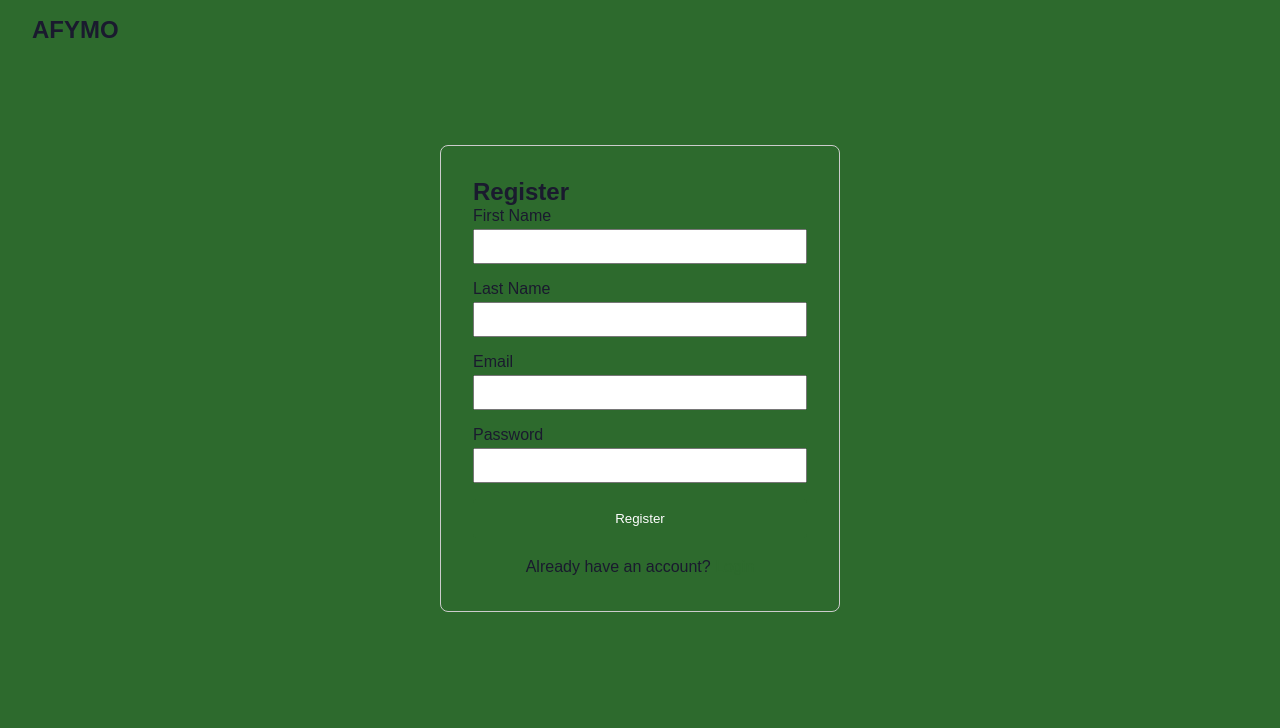
Repository: Bogo02/PhysioApp
Page: /register (app in physioapp-frontend/)
The author's editor kept a copy of each file at every save. The page is drawn from the files as they stood at one save, then again after the next save.
The browser window is 1280 px wide. The pictures show the whole page.
The project was rebuilt for these pictures with package versions that can differ from the ones it lists, and the page was loaded fresh each time. Also part of the build but not shown: physioapp-frontend/vite.config.js, physioapp-frontend/src/pages/Home.jsx, physioapp-frontend/src/pages/Login.jsx, physioapp-frontend/src/pages/Dashboard.jsx, physioapp-frontend/src/pages/Appointments.jsx, physioapp-frontend/src/pages/BookAppointment.jsx, physioapp-frontend/src/pages/Profile.jsx, physioapp-frontend/src/pages/Services.jsx and 2 more.

Above is the page before, as saved 2026-06-08 16:40:10.

After the next save:
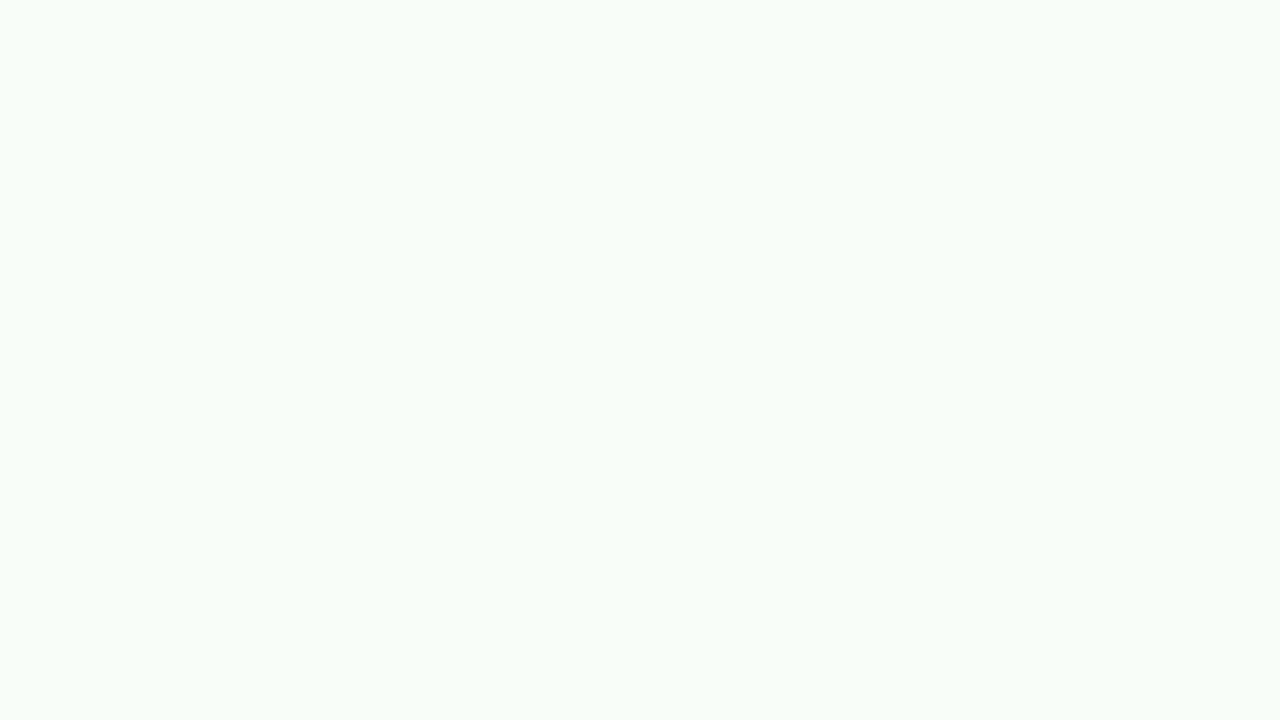
Console error: TypeError: Cannot read properties of undefined (reading 'state')
Saved 87 s later.
--- a/physioapp-frontend/src/pages/Register.jsx
+++ b/physioapp-frontend/src/pages/Register.jsx
@@ -8,6 +8,7 @@
     const [email, setEmail] = useState('')
     const [password, setPassword] = useState('')
     const [error, setError] = useState('')
+    const [role, setRole]= useState('')
     const navigate = useNavigate()
 
     const handleRegister = async (e) => {
@@ -74,6 +75,9 @@
             <button type="submit" style={{width:'100%', padding: '0.75rem', background: '#2d6a2d',color:'white',border: 'none', borderRadius: '4px',cursor: 'pointer'}}>
                 Register
             </button>
+
+<select option="{num}"  value={this.state.selected} onChange={this.num} />
+
             </form>
             <p style={{marginTop: '1rem',textAlign:'center'}}>
             Already have an account? <a href="/login">Login</a>

After the save that followed:
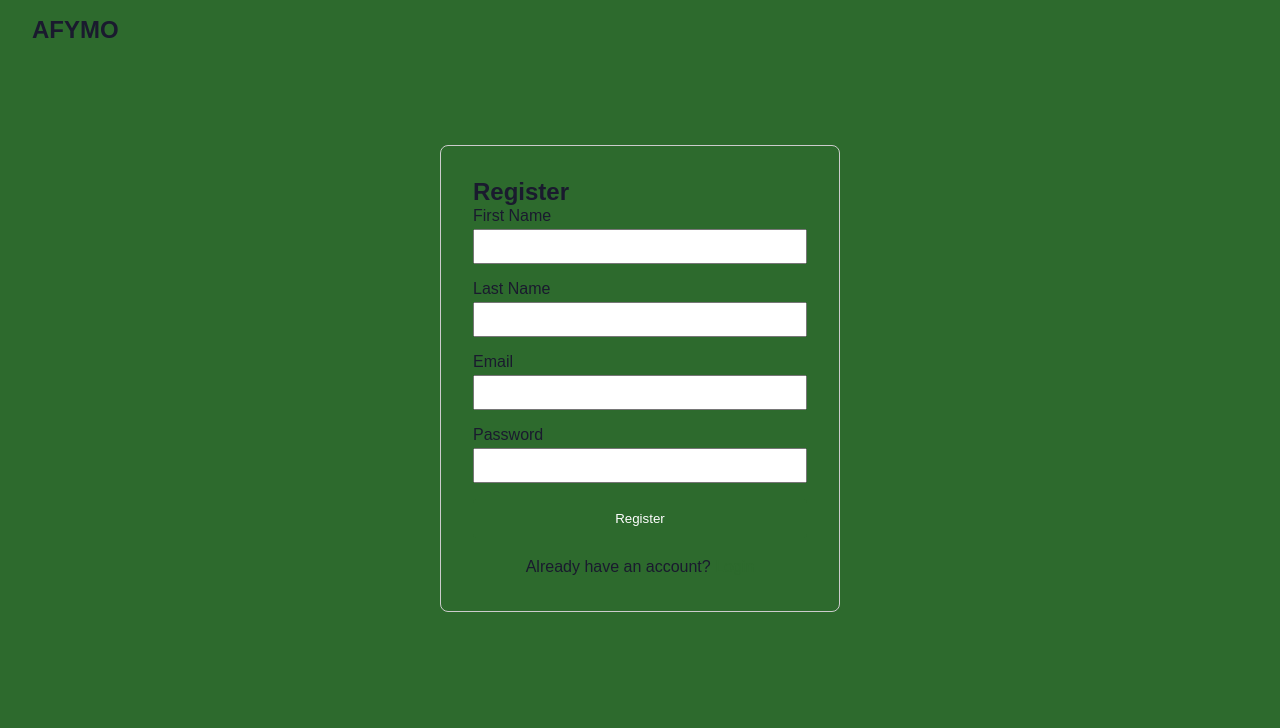
The error is gone.
Saved 7 s later.
--- a/physioapp-frontend/src/pages/Register.jsx
+++ b/physioapp-frontend/src/pages/Register.jsx
@@ -75,9 +75,6 @@
             <button type="submit" style={{width:'100%', padding: '0.75rem', background: '#2d6a2d',color:'white',border: 'none', borderRadius: '4px',cursor: 'pointer'}}>
                 Register
             </button>
-
-<select option="{num}"  value={this.state.selected} onChange={this.num} />
-
             </form>
             <p style={{marginTop: '1rem',textAlign:'center'}}>
             Already have an account? <a href="/login">Login</a>
